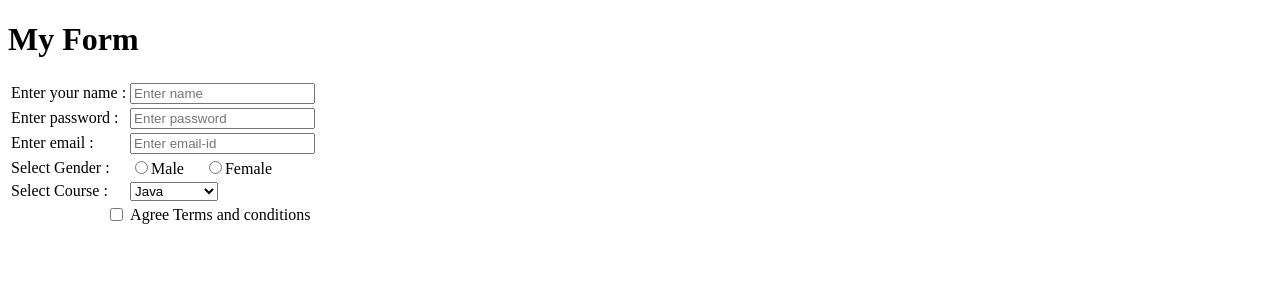
Repository: nin19/advance_java
Page: servlet/FormServlet/src/main/webapp/index.html
These files come from the project's save history. The page is drawn as it stood at one moment and after the next save; the edit follows.
The browser window is 1280 px wide. The pictures show the whole page.

Above is the page before, as saved 2024-10-16 16:03:17.

### servlet/FormServlet/src/main/webapp/index.html
<!DOCTYPE html>
<html>
<head>
<title>Form Page</title>
</head>
<body>
	<div class="container">
		<h1>My Form</h1>

		<form action="formServlet" method="post">
			<table>
				<tr>
					<td>Enter your name :</td>
					<td><input type="text" name="user_name" placeholder="Enter name"/></td>
				</tr>
				<tr>
					<td>Enter password :</td>
					<td><input type="password" name="user_password" placeholder="Enter password"/></td>
				</tr>
				<tr>
					<td>Enter email :</td>
					<td><input type="email" name="user_email" placeholder="Enter email-id" /></td>
				</tr>
				<tr>
					<td>Select Gender :</td>
					<td>
						<input type="radio" name="user_gender" value="Male">Male &nbsp; &nbsp; <input type="radio" name="user_gender" value="Female" />Female
					</td>
				</tr>
				<tr>
					<td>Select Course :</td>
					<td>
						<select name="user_course">
							<option value="Java">Java</option>
							<option value="C">C</option>
							<option value="Flutter">Flutter</option>
							<option value="SpringBoot">SpringBoot</option>
						</select>
					</td>
				</tr>
				<tr>
					<td style="text-align: right;"><input type="checkbox" value="checked" name="condition"/></td>
					<td>Agree Terms and conditions</td>
				</tr>

			</table>

		</form>
	</div>
</body>
</html>

After the next save:
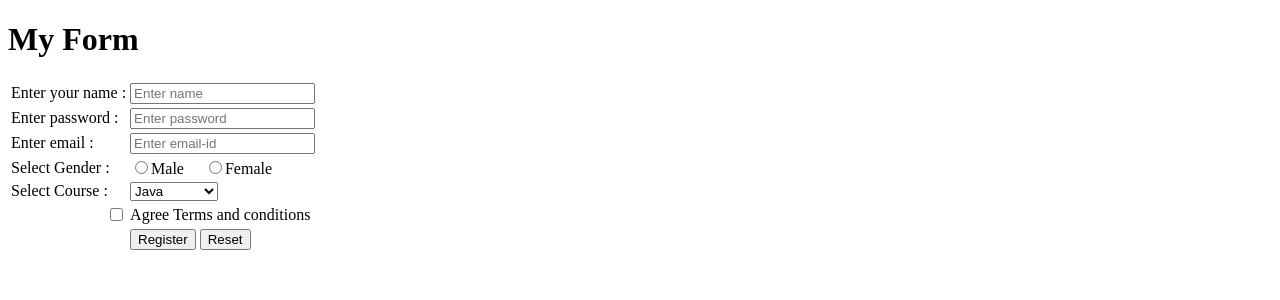
Saved 119 s later.
--- a/servlet/FormServlet/src/main/webapp/index.html
+++ b/servlet/FormServlet/src/main/webapp/index.html
@@ -42,6 +42,13 @@
 					<td style="text-align: right;"><input type="checkbox" value="checked" name="condition"/></td>
 					<td>Agree Terms and conditions</td>
 				</tr>
+				<tr>
+					<td></td>
+					<td>
+						<button type="submit">Register</button>
+						<button type="reset">Reset</buttom>
+					</td>
+				</tr>
 
 			</table>
 
